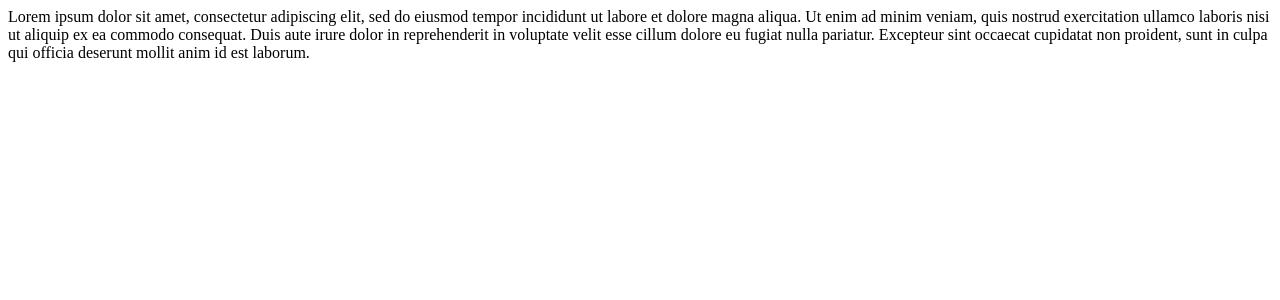
Repository: HackerUSA-CE/CSS-My-CSS-Garden
Page: index.html
The author's editor kept a copy of each file at every save. The page is drawn from the files as they stood at one save, then again after the next save.
The browser window is 1280 px wide. The pictures show the whole page.

Above is the page before, as saved 2020-12-02 11:14:45.

After the next save:
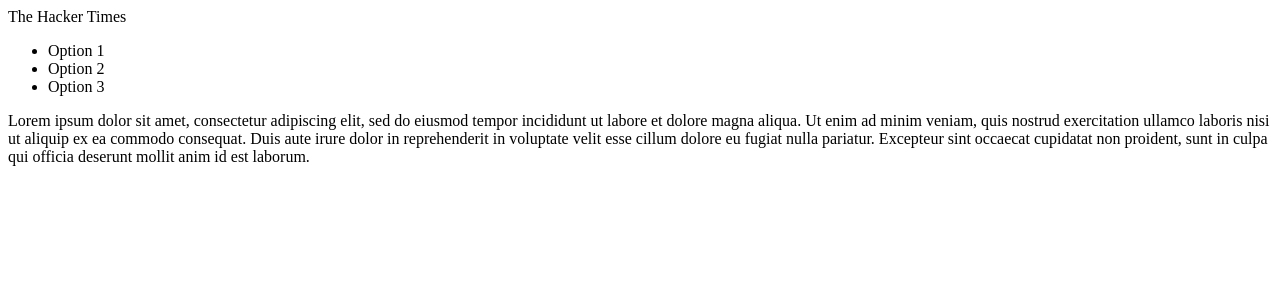
Saved 53 s later.
--- a/index.html
+++ b/index.html
@@ -7,10 +7,20 @@
 
 <body>
     <header>
-
+        The Hacker Times
     </header>
     <nav>
-
+        <Ul>
+            <Li>
+                Option 1
+            </Li>
+            <Li>
+                Option 2
+            </Li>
+            <Li>
+                Option 3
+            </Li>
+        </Ul>
     </nav>
     <aside>
         Lorem ipsum dolor sit amet, consectetur adipiscing elit, sed do eiusmod tempor incididunt ut labore et dolore magna aliqua. Ut enim ad minim veniam, quis nostrud exercitation ullamco laboris nisi ut aliquip ex ea commodo consequat. Duis aute irure dolor
